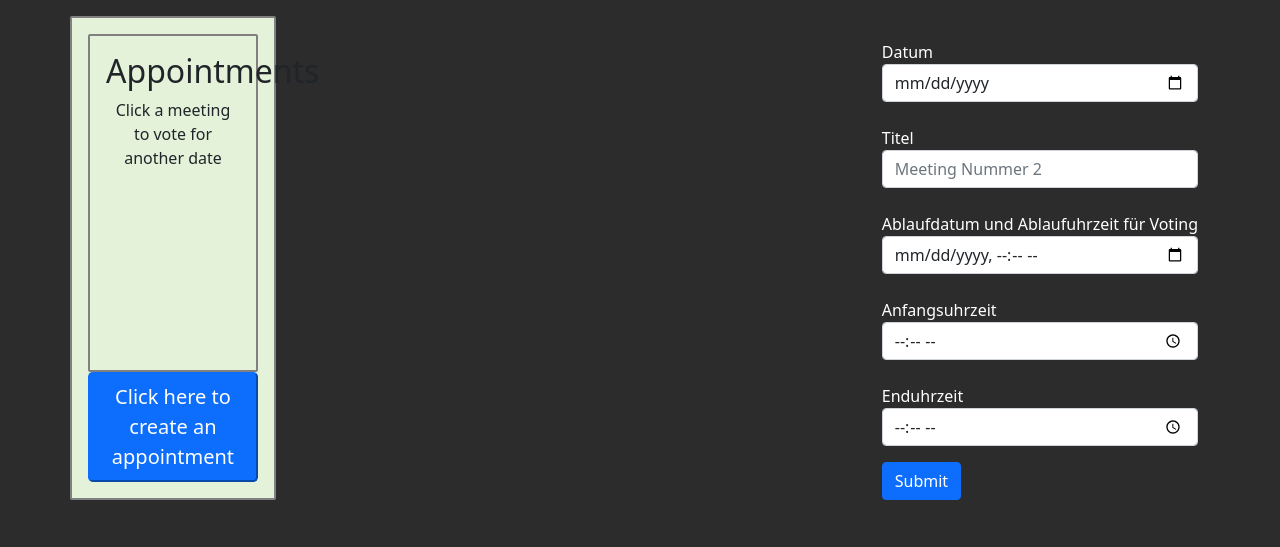
Repository: wlichon/Semesterprojekt
Page: index.html
These files come from the project's save history. The page is drawn as it stood at one moment and after the next save; the edit follows.
The browser window is 1280 px wide. The pictures show the whole page.
The page's requests for data from a server got no answer. Some web libraries are served in a nearby version.

Above is the page before, as saved 2022-04-22 20:53:28.

After the next save:
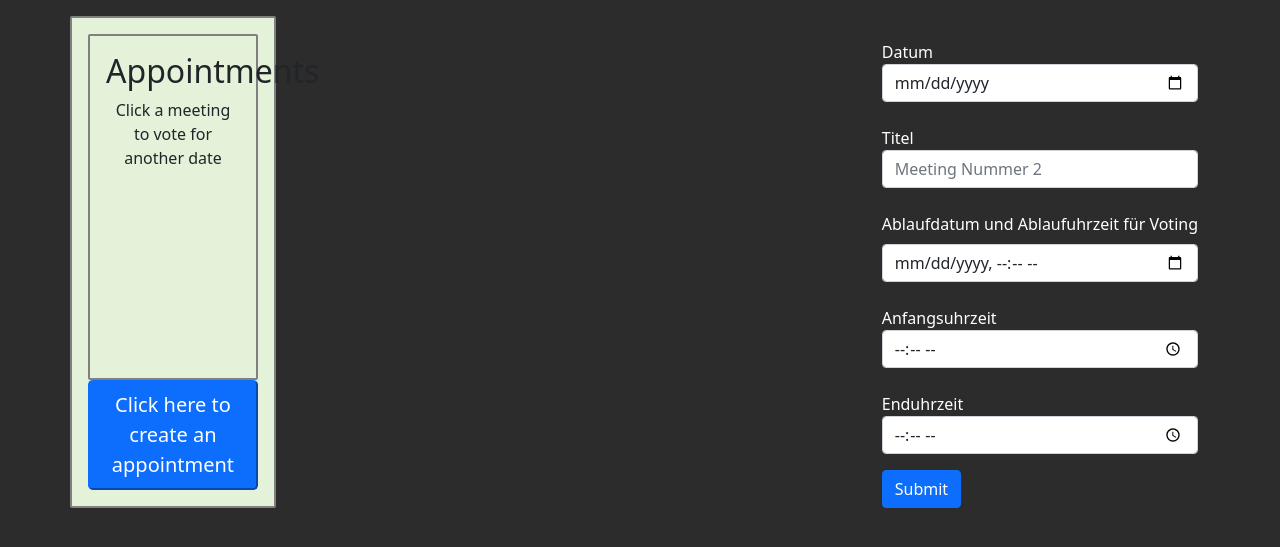
Saved 34 s later.
--- a/index.html
+++ b/index.html
@@ -91,7 +91,7 @@
                 <input type="text" class="form-control" id="exampleInputEmail1" aria-describedby="emailHelp" placeholder="Meeting Nummer 2">
             </div>
               <div class="form-group">
-                <label for="exampleInputEmail1" class ="text-white mt-4">Ablaufdatum und Ablaufuhrzeit für Voting</label>
+                <label for="exampleInputEmail1" class ="text-white mt-4 mb-2">Ablaufdatum und Ablaufuhrzeit für Voting</label>
                 <input type="datetime-local" class="form-control" id="exampleInputEmail1" aria-describedby="emailHelp">
             </div>
               <div class="form-group">
